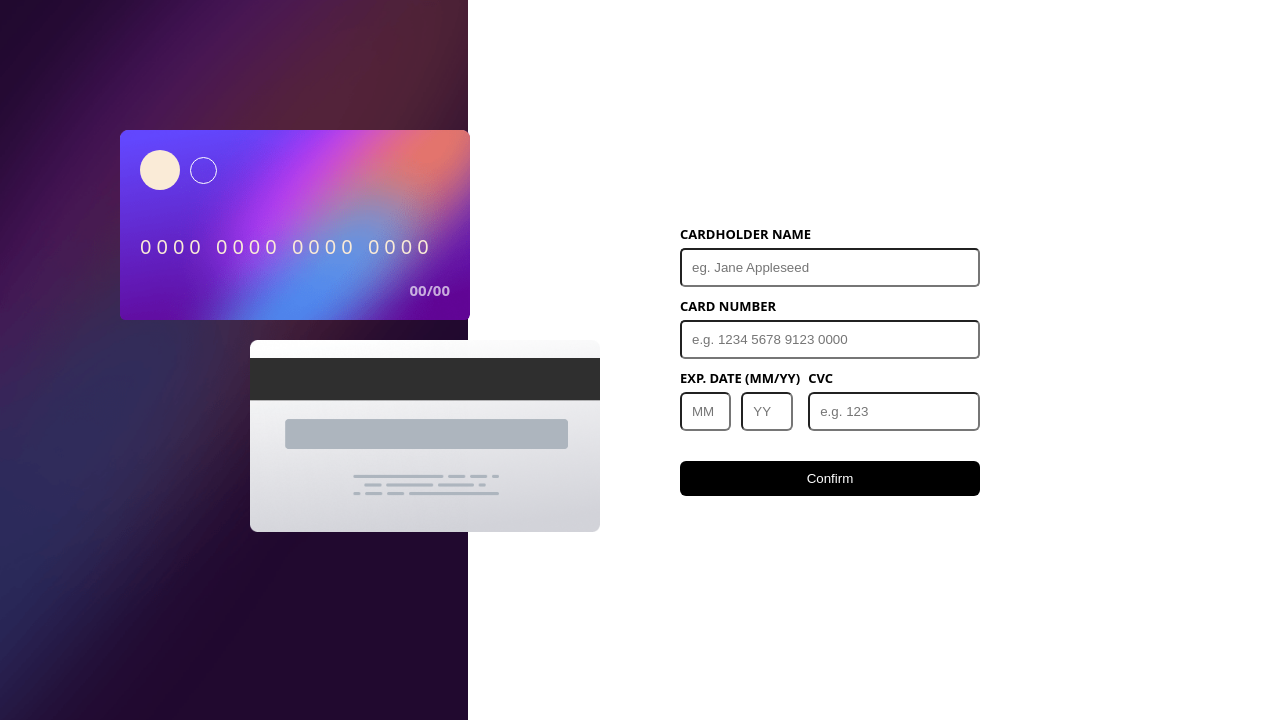
Repository: Celebration-cloud/Interactive-card-form
Page: index.html
These files come from the project's save history. The page is drawn as it stood at one moment and after a run of saves; the edit follows.
The browser window is 1280 px wide. The pictures show the whole page.

Above is the page before, as saved 2023-08-25 09:35:54.

### index.html
<!DOCTYPE html>
<html lang="en">
<head>
  <meta charset="UTF-8">
  <meta name="viewport" content="width=device-width, initial-scale=1.0"> <!-- displays site properly based on user's device -->

  <link rel="icon" type="image/png" sizes="32x32" href="./images/favicon-32x32.png">
  <link rel="stylesheet" href="index.css">

  <title>Frontend Mentor | Interactive card details form</title>

  <!-- Feel free to remove these styles or customise in your own stylesheet 👍 -->
  <style>
    .attribution { font-size: 11px; text-align: center; }
    .attribution a { color: hsl(228, 45%, 44%); }
  </style>
</head>
<body>
  <div class="container">
    <section id="section-a" class="section-a">
      <div id="card">
        <div class="port">
          <div id="profile"></div>
          <span class="detail"></span>
        </div>
        <div class="credentials">
          <p id="card-number">0000 0000 0000 0000</p>
          <div id="others">
            <span id="card-name"></span>
            <span id="exp-date">00/00</span>
          </div>
        </div>
      </div>
      <div id="card-back">
        <p id="cvc-digit"></p>
      </div>

    </section>
    <!-- Add your site or application content here -->
    <!-- Card Details Form Section-->
    <section id="section-b" class="section-b">
      <form id="formEl" action="">
        <label for="nameEl" id="cardholder-number-label">CARDHOLDER NAME</label><br/>
        <span id="chn"></span>
        <input name="nameEl" id="cardholder-name-input" placeholder="eg. Jane Appleseed" required/><br/>
        <label for="card-number" id="card-number-label">CARD NUMBER</label><br/>
        <span id="cn"></span>
        <input name="card-number" id="card-number-input" type="text" placeholder="e.g. 1234 5678 9123 0000" required maxlength="16"/><br/>
        <div class="more">
          <div class="date">
            <label for="expire-date" id="expire-date-label">EXP. DATE (MM/YY)</label><br/>
            <div class="year">
              <input name="expire-date" id="expire-date" type="tel" maxlength="2" placeholder="MM" required/><br/>
              <input name="expire-date2" id="expire-date2" type="tel" maxlength="2"  placeholder="YY" required/><br/>
            </div>
          </div>
          <div class="back-info">
            <label for="cvc" id="cvc-label">CVC</label><br/>
            <span id=""></span>
            <input name="cvc" id="cvc" type="tel" placeholder="e.g. 123" required maxlength="3"/><br/>
          </div><br>
        </div>
        <button type="submit">Confirm</button>
        <script src="index.js"></script>
      </form>
    </section>
  </div>

  <!-- 0000 0000 0000 0000
  00/00

  000

  Cardholder Name
  e.g. Jane Appleseed

  Card Number
  e.g. 1234 5678 9123 0000

  Exp. Date (MM/YY)
  MM
  YY

  CVC
  e.g. 123

  Confirm -->

  <!-- Completed state start -->

  <!-- Thank you!
  We've added your card details
  Continue -->

  <!-- <div class="attribution">
    Challenge by <a href="https://www.frontendmentor.io?ref=challenge" target="_blank">Frontend Mentor</a>.
    Coded by <a href="#">Your Name Here</a>.
  </div> -->
</body>
</html>

### index.css
body{
    font-family: system-ui, -apple-system, BlinkMacSystemFont, 'Segoe UI', Roboto, Oxygen, Ubuntu, Cantarell, 'Open Sans', 'Helvetica Neue', sans-serif;
    font-weight: bolder;
    font-size: small;
    margin: 0;
    -webkit-user-select: none;
    user-select: none;
    padding: 0;
    background-image: url(images/bg-main-desktop.png);
    background-repeat: no-repeat;
    background-size: 65vh;
    height: 100%;
}
.container{
    display: flex;
    height: 100vh;
    gap: 80px;
    justify-content: center;
}
#section-a{
    align-self: center;
    width: 50%;
    gap: 20px;
    display: flex;
    flex-direction: column;
}
#card{
    background-image: url(images/bg-card-front.png);
    background-repeat: no-repeat;
    background-size: cover;
    width: 310px;
    height: 150px;
    border-radius: 5px;
    padding: 20px;
    margin-left: 120px;
    display: flex;
    flex-direction: column;
}
.credentials{
    display: flex;
    flex-direction: column;
    justify-content: flex-end;
    height: 100%;
}
.port{
    display: flex;
    gap: 10px;
}
#profile{
    width: 40px;
    height: 40px;
    background-color: antiquewhite;
    border-radius: 100%;
}
.detail{
    align-self: center;
    width: 25px;
    height: 25px;
    border-radius: 100%;
    border: 1px white solid;
}
#card-number{
    font-size: 20px;
    font-weight: lighter;
    color: antiquewhite;
    letter-spacing: 5px;
}
#others{
    display: flex;
    justify-content: space-between;
}
#exp-date{
    font-size: 15px;
    color: rgba(255, 255, 255, 0.658);
}
#card-name{
    font-size: 10px;
    color: antiquewhite;
}
#card-back{
    background-image: url(images/bg-card-back.png);
    background-repeat: no-repeat;
    background-size: contain;
    width: 350px;
    height: 250px;
    border-radius: 5px;
    align-self: flex-end;
}
#cvc-digit{
    text-align: end;
    margin-top: 81px;
    font-size: large;
    margin-right: 45px;
    color: white;
}
#section-b{
    align-self: center;
    width: 50%;
    display: flex;
    flex-direction: column;
}
#cardholder-name-input{
    margin-top: 5px;
    box-sizing: border-box;
    padding: 10px;
    border-radius: 5px;
    width: 50%;
    margin-bottom: 10px;
}
#card-number-input{
    box-sizing: border-box;
    margin-top: 5px;
    padding: 10px;
    border-radius: 5px;
    width: 50%;
    margin-bottom: 10px;
}
.more{
    display: flex;
    width: 50%;
}
button{
    box-sizing: border-box;
    padding: 10px;
    border-radius: 6px;
    width: 50%;
    margin-bottom: 0px;
    background-color: black;
    color: white;
    border: none;
}
.year{
    display: flex;
}
.date{
    width: 50%;
}
#expire-date{
    box-sizing: border-box;
    padding: 10px;
    border-radius: 6px;
    width: 40%;
    margin-bottom: 30px;
    margin-right: 10px;
    margin-top: 5px;
}
#expire-date2{
    box-sizing: border-box;
    padding: 10px;
    border-radius: 6px;
    width: 40%;
    margin-bottom: 30px;
    margin-top: 5px;
}
#cvc{
    box-sizing: border-box;
    padding: 10px;
    border-radius: 6px;
    width: 100%;
    margin-bottom: 30px;
    margin-top: 5px;
}
.thanks{
    text-align: center;
    padding: 5px;
}
.complete{
    text-align: center;
    padding-bottom: 30px;
}
.error{
    color: red;
}
@media (max-width: 1024px) {
    body{
        background-image: none;
        background-repeat: no-repeat;
        background-size: 70%;
        height: 10vh;

    }
    .container{
        display: flex;
        flex-direction: column;
        height: 7cap;
        gap: 0px;
        justify-content: flex-start;
        background-image: url(images/bg-main-mobile.png);
        background-repeat: no-repeat;
        background-size: cover;
        height: 40vh;
    }
    #section-a{
        gap: 0px;
        display: flex;
        flex-direction: column-reverse;
    }
    #section-b{
        align-self: center;
        width: 50%;
        display: flex;
        flex-direction: column;

        padding: 50px;
    }
    #cardholder-name-input{
        margin-top: 5px;
        box-sizing: border-box;
        padding: 10px;
        border-radius: 5px;
        width: 100%;
        margin-bottom: 10px;
    }
    #card-number-input{
        box-sizing: border-box;
        margin-top: 5px;
        padding: 10px;
        border-radius: 5px;
        width: 100%;
        margin-bottom: 10px;
    }
    .more{
        display: flex;
        width: 100%;
    }
    button{
        box-sizing: border-box;
        padding: 10px;
        border-radius: 6px;
        width: 100%;
        margin-bottom: 10px;
        background-color: black;
        color: white;
        border: none;
    }
    .year{
        display: flex;
    }
    .date{
        width: 50%;
    }
    #expire-date{
        box-sizing: border-box;
        padding: 10px;
        border-radius: 6px;
        width: 40%;
        margin-bottom: 30px;
        margin-right: 10px;
        margin-top: 5px;
    }
    #expire-date2{
        box-sizing: border-box;
        padding: 10px;
        border-radius: 6px;
        width: 40%;
        margin-bottom: 30px;
        margin-top: 5px;
    }
    #cvc{
        box-sizing: border-box;
        padding: 10px;
        border-radius: 6px;
        width: 100%;
        margin-bottom: 30px;
        margin-top: 5px;
    }
    #card{
        width: 270px;
        height: 140px;
        border-radius: 5px;
        margin: 0;
        padding: 20px;
    }
    #card-back{
        width: 310px;
        height: 250px;
        border-radius: 5px;
        align-self: flex-end;
        margin-bottom: -154px;
    }
    #cvc-digit{
        margin-top: 74px;
        font-size: small;
        margin-right: 40px;
    }
}
@media (max-width: 762px) {
    .container{
        height: 200px;
    }
    #section-a{
        width: 100%;
        margin-left: 20px;
        margin: 20px;
    }
    #card-back{
        width: 300px;
        height: 150px;
        align-self: flex-end;
        margin-right: 20px;
    }
    #card{
        width: 250px;
        height: 120px;
        align-self: flex-start;
        margin-left: 20px;
        margin-top: 90px;
    }
    #card-number{
        font-size: 17px;
        font-weight: lighter;
        color: antiquewhite;
        letter-spacing: 2px;
    }
    #section-b{
        align-self: flex-start;
        width: 85%;
        display: flex;
        flex-direction: column;
        padding: 21px;
        margin: 0;
    }
    .more{
        width: 100%;
    }
    #cvc-digit{
        margin-top: 64px;
        font-size: small;
        margin-right: 60px;
    }
}

### index.js
const forms = document.getElementById("formEl")
const nameVal = document.getElementById("cardholder-name-input")
const numberVal = document.getElementById("card-number-input")
const monthVal = document.getElementById("expire-date")
const yearVal = document.getElementById("expire-date2")
const cvcVal = document.getElementById("cvc")
const nameEl = document.getElementById("card-name")
const number = document.getElementById("card-number")
const expDate = document.getElementById("exp-date")
const cvcDigit = document.getElementById("cvc-digit")

const result = () =>{
    const info = document.getElementById("section-b")
    const success = `
    <svg width="80" height="80" fill="none" xmlns="http://www.w3.org/2000/svg">
        <circle cx="40" cy="40" r="40" fill="url(#a)"/>
        <path d="M28 39.92 36.08 48l16-16" stroke="#fff" stroke-width="3"/>
        <defs>
            <linearGradient id="a" x1="-23.014" y1="11.507" x2="0" y2="91.507" gradientUnits="userSpaceOnUse">
                <stop stop-color="#6348FE"/>
                <stop offset="1" stop-color="#610595"/>
            </linearGradient>
        </defs>
    </svg>
    <h1 class="thanks">THANK YOU!</h1>
    <p class="complete">We've added your card details</p>
    <button type="submit">Continue</button>
    `
    return info.innerHTML = success
}

if(forms){
    forms.addEventListener('input', async (e)=>{
        nameEl.textContent = nameVal.value
        number.textContent = parseInt(numberVal.value)
        const mon = parseInt(monthVal.value)
        const yea = parseInt(yearVal.value)
        if(mon > 31){
            const error1 = `<p class="error">invalid month</p>`
            monthVal.textContent += 'invalid month'
        }else if(yea > 12){
            const error2 = `<p class="error">invalid year</p>`
            yearVal.textContent += 'invalid year'
        }
        expDate.textContent = mon + `/` + yea
        cvcDigit.textContent = parseInt(cvcVal.value)
        forms.addEventListener('submit', async () => {
            e.preventDefault()
            const result = async () => {
                const response = await fetch('https://api.stripe.com/v1/tokens', {
                    method: 'POST',
                    headers: {
                        'Content-Type': 'application/json'
                    },
                    body: JSON.stringify(card)
                })
                const data = await response.json()
                console.log(data)
            }
        })
        try {
            const name = nameVal.value
            const cardNumber = parseInt(numberVal.value)
            const month = parseInt(monthVal.value)
            const year = parseInt(yearVal.value)
            const cvc = parseInt(cvcVal.value)
            const card = {
                name: [name],
                cardNum: [cardNumber],
                expDate: [
                    month,
                    year
                ],
                cvc: [cvc]
            }
            console.log(card)
            if(name === ""){
                const nameLabel = document.getElementById("cardholder-number-label")
                const error1 = `<p class="error">please input your name<p>`
                nameLabel.innerHTML = error1
            }else if(!cardNumber){
                const error2 = `<p class="error">please input your card number</p>`
                numberVal.textContent += 'please input your card number'
            }else if(!month){
                const error3 = `<p class="error">please input your month</p>`
                monthVal.textContent += 'please input your month'
            }else if(!year){
                const error4 = `<p class="error"></p>`
                yearVal.textContent += 'please input your year'
            }else if(!cvc){
                const error5 = `<p class="error"></p>`
                cvcVal.textContent += 'please input your cvc'
            }else{
                console.log(card)
                result()
            }

        } catch (error) {
            error = `<p>Sorry, Something went wrong, please try again</p>`
            const sorry = document.getElementById("cardholder-number-label")
            sorry.textContent += 'Sorry, Something went wrong, please try again'
        }
    })
}

After the next 2 saves:
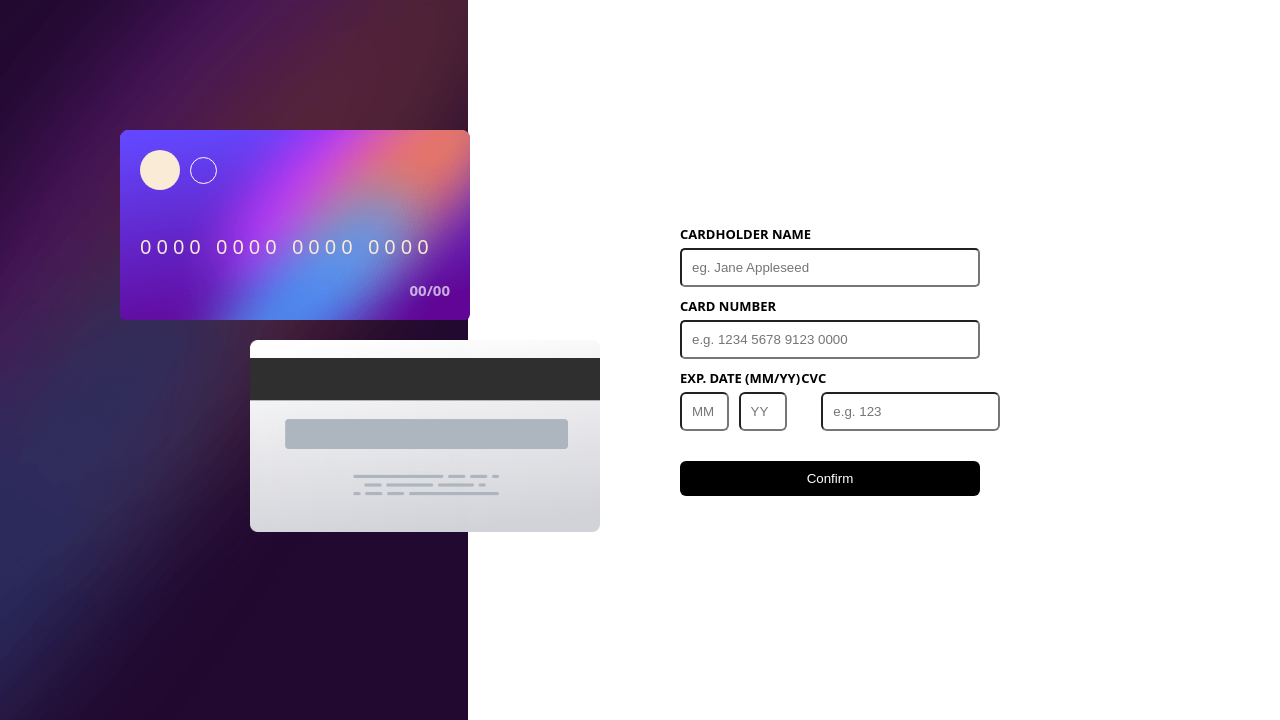
The 2 saves are shown as one change because they came seconds apart.
The last was saved 6 s later.
--- a/index.html
+++ b/index.html
@@ -56,7 +56,7 @@
           </div>
           <div class="back-info">
             <label for="cvc" id="cvc-label">CVC</label><br/>
-            <span id=""></span>
+            <span id="cvc"></span>
             <input name="cvc" id="cvc" type="tel" placeholder="e.g. 123" required maxlength="3"/><br/>
           </div><br>
         </div>

After the 2 saves that followed:
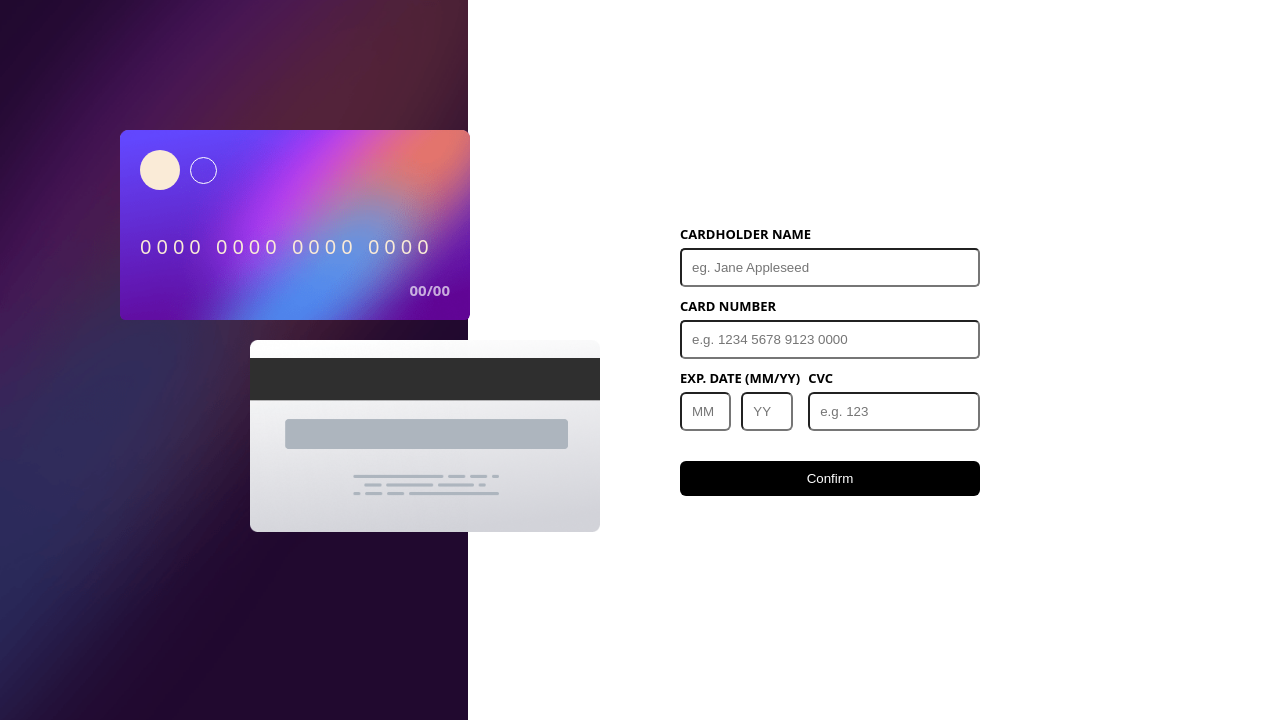
The 2 saves are shown as one change because they came seconds apart.
The last was saved 15 s later.
--- a/index.html
+++ b/index.html
@@ -56,7 +56,7 @@
           </div>
           <div class="back-info">
             <label for="cvc" id="cvc-label">CVC</label><br/>
-            <span id="cvc"></span>
+            <span id="cvcError"></span>
             <input name="cvc" id="cvc" type="tel" placeholder="e.g. 123" required maxlength="3"/><br/>
           </div><br>
         </div>
